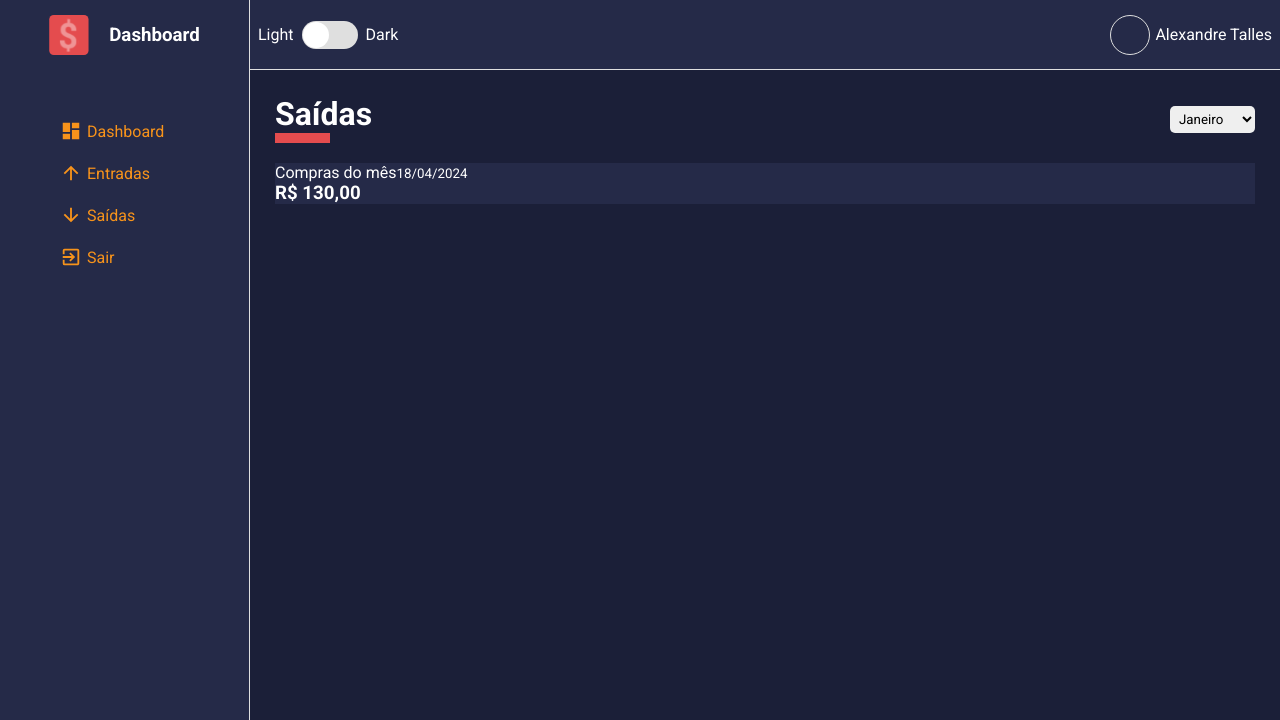
Repository: XFERRER7/dashboard
Page: /
The author's editor kept a copy of each file at every save. The page is drawn from the files as they stood at one save, then again after a run of saves.
The browser window is 1280 px wide. The pictures show the whole page.
The project was rebuilt for these pictures with package versions that can differ from the ones it lists, and the page was loaded fresh each time. Also part of the build but not shown: vite.config.ts.

Above is the page before, as saved 2022-07-11 16:47:16.

After the next 3 saves:
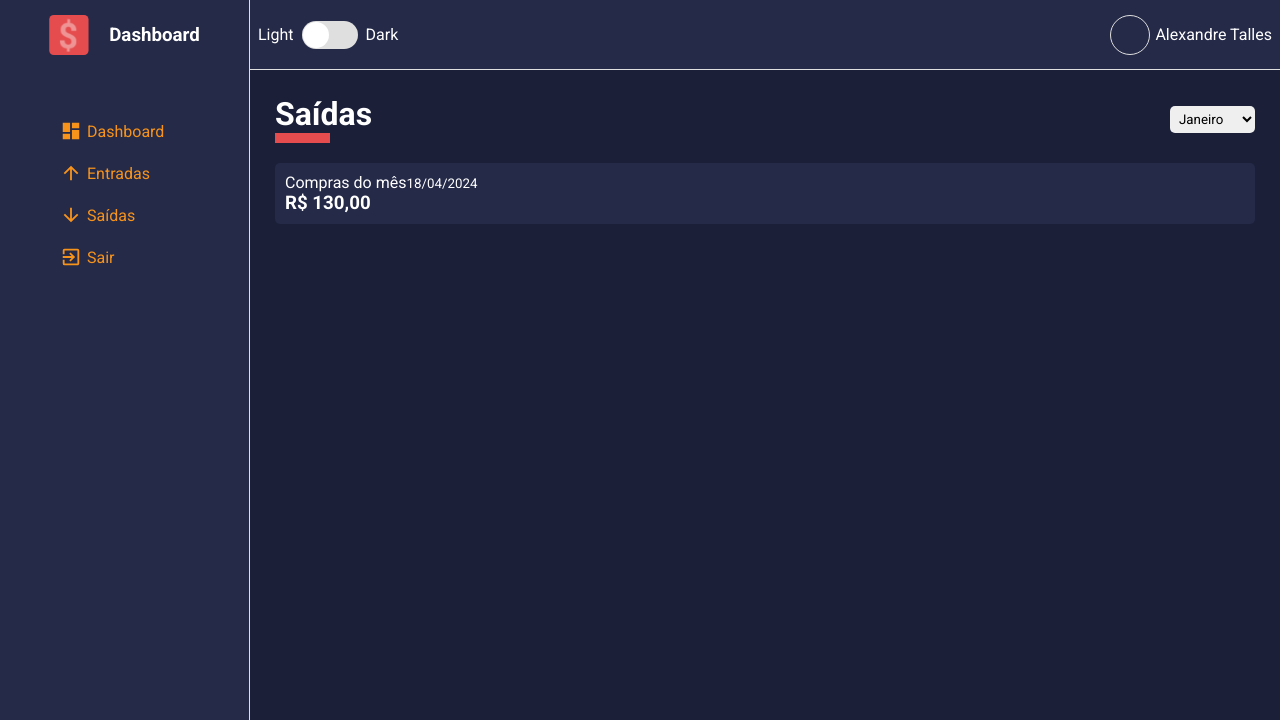
The 3 saves are shown as one change because they came seconds apart.
The last was saved 18 s later.
--- a/src/components/CardFinance/Styles.ts
+++ b/src/components/CardFinance/Styles.ts
@@ -3,6 +3,8 @@ import styled from "styled-components"
 export const Container = styled.div`
   margin-top: 20px;
   background-color: ${props => props.theme.colors.secondary};
+  border-radius: 5px;
+  padding: 10px;
 `
 
 export const Card = styled.div`
